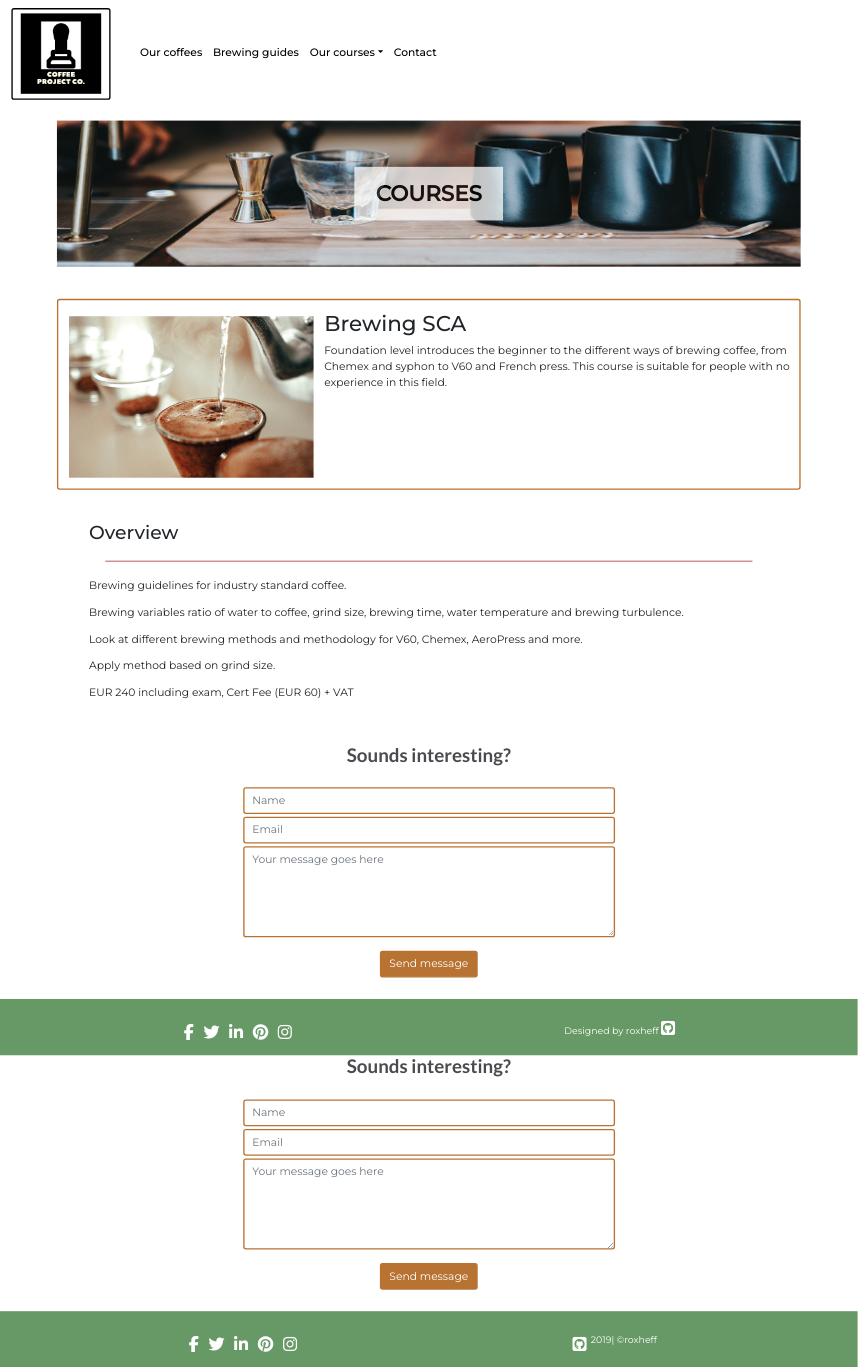
Repository: roxanahefferon/M1
Page: brewing-sca.html
The author's editor kept a record of every edit. The page is drawn from the files as they stood at one moment, then again after the next edit.
The browser window is 1280 px wide. The pictures show the whole page, at 67% of full size.
Some web libraries are served in a nearby version.

Above is the page before.

After the next edit:
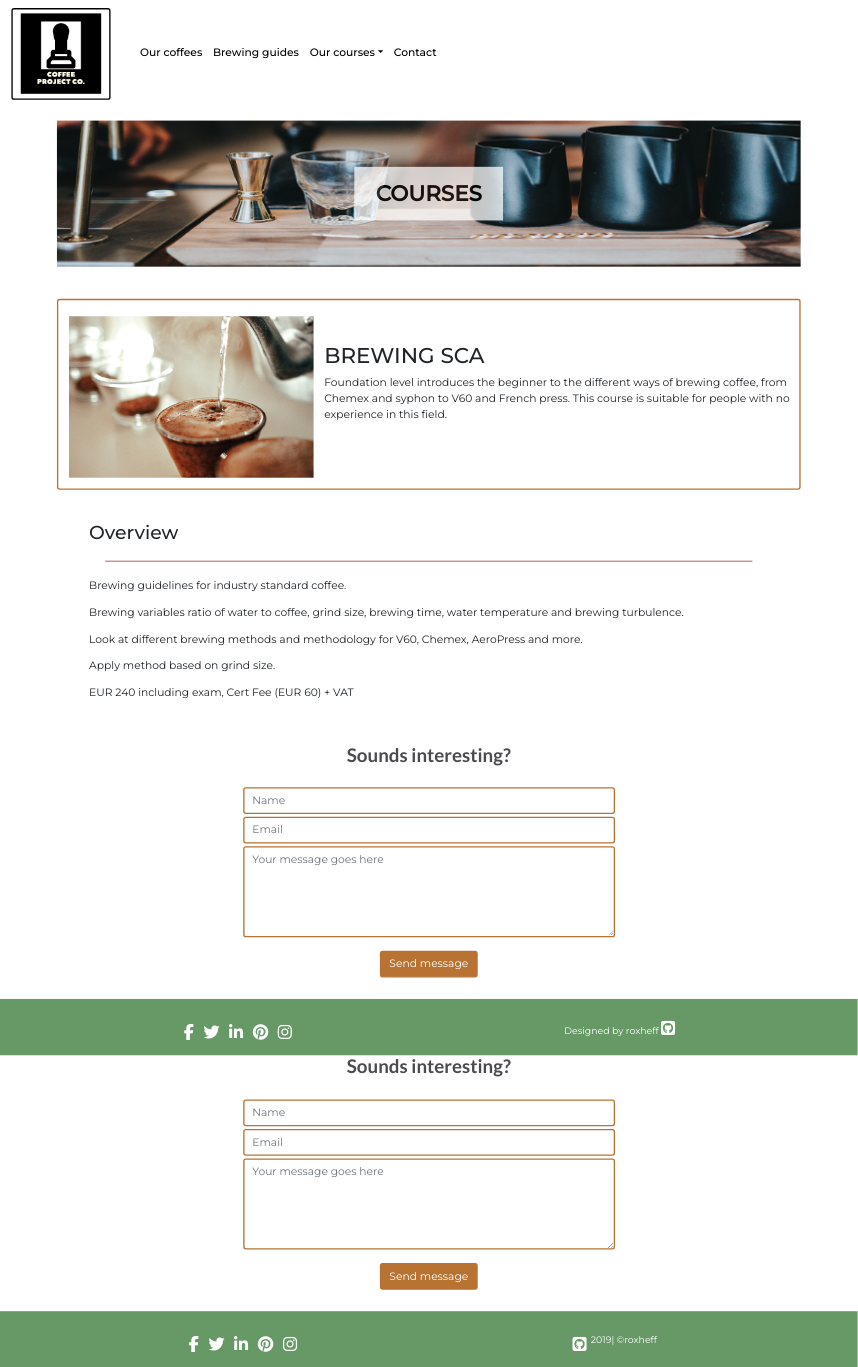
The edit:
--- a/brewing-sca.html
+++ b/brewing-sca.html
@@ -68,9 +68,9 @@
 
                 <div class="media mt-5 py-3 my-border">
                     <img src="./assets/images/brewing-sca.png" alt="cupping coffee image" class="align-self-center mx-3 mt-2" style="width:33%">
-                    <div class="media-body">
-                        <h2>Brewing SCA</h2>
-                        <p>Foundation level introduces the beginner to the different ways of brewing coffee, from Chemex and syphon to V60 and French press. This course is suitable for people with no experience in this field.</p>
+                    <div class="media-body mt-5">
+                        <h2 class="uppercase mb-2">Brewing SCA</h2>
+                        <p class="mr-2">Foundation level introduces the beginner to the different ways of brewing coffee, from Chemex and syphon to V60 and French press. This course is suitable for people with no experience in this field.</p>
                     </div>
                 </div>
             </div>
